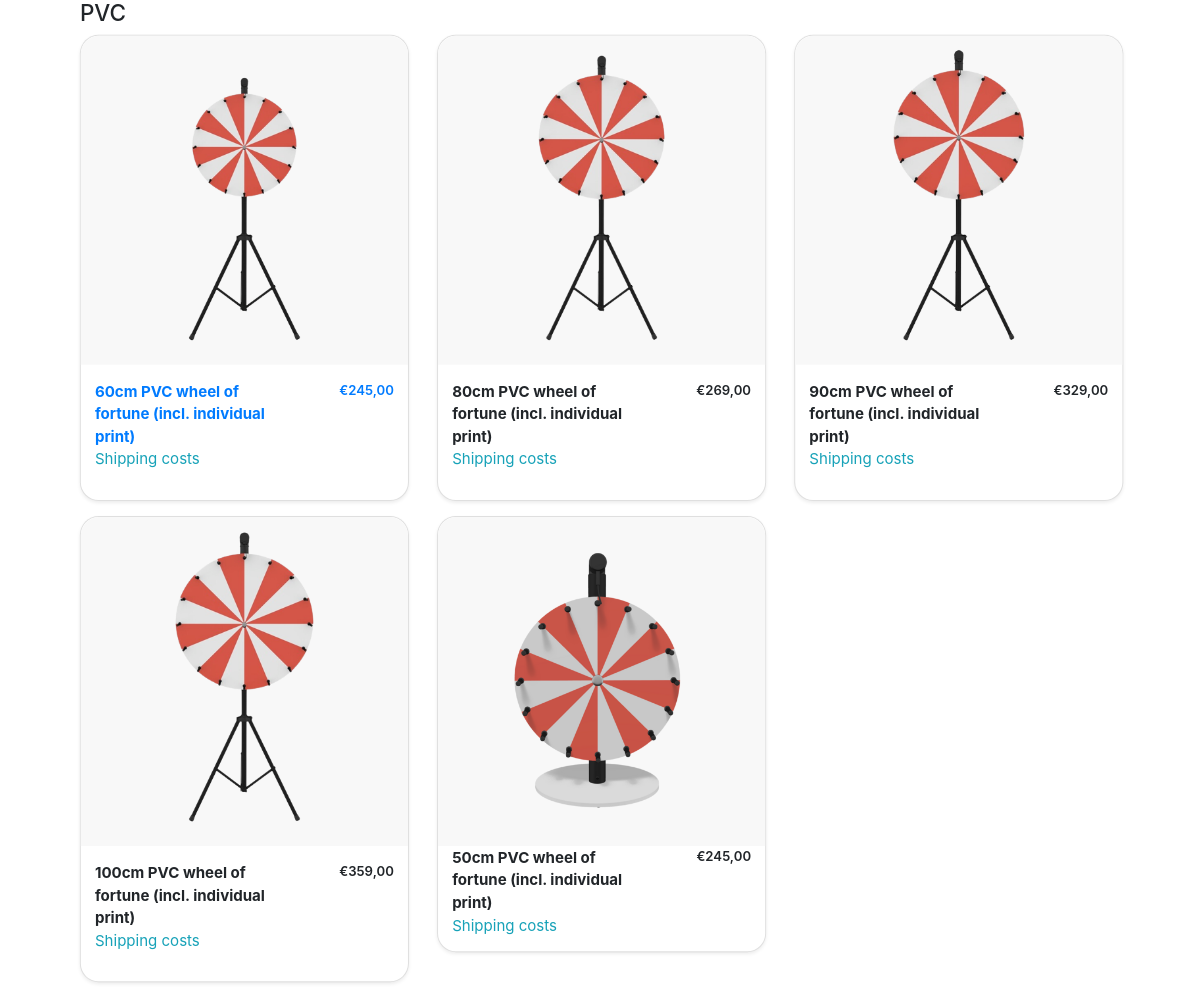
Repository: Awaisp-irfan/fahad-project
Page: pvc.html
The author's editor kept a copy of each file at every save. The page is drawn from the files as they stood at one save, then again after the next save.
The browser window is 1280 px wide. The pictures show the whole page, at 94% of full size.

Above is the page before, as saved 2022-07-01 02:30:07.

### pvc.html
<!DOCTYPE html>
<html lang="en">
  <head>
    <meta charset="UTF-8" />
    <meta http-equiv="X-UA-Compatible" content="IE=edge" />
    <meta name="viewport" content="width=device-width, initial-scale=1.0" />
    <link
      rel="stylesheet"
      href="https://cdn.jsdelivr.net/npm/bootstrap@4.6.1/dist/css/bootstrap.min.css"
      integrity="sha384-zCbKRCUGaJDkqS1kPbPd7TveP5iyJE0EjAuZQTgFLD2ylzuqKfdKlfG/eSrtxUkn"
      crossorigin="anonymous"
    />

    <link rel="stylesheet" href="./style.css" />
    <title>Document</title>
  </head>
  <body>
    <div class="container">
      <div class="row">
        <div class="col-lg-12">
          <h4 class="heading">PVC</h4>
        </div>
      </div>

      <div class="row">
        <a href="./text.html" class="col-lg-4 col-md-6 col-12 mb-3  ">
          <div class="card shadow-sm">
            <div class="img-div">
              <div class="cm60-img"></div>
            </div>
            <div class="cm60-content d-flex justify-content-between my-3">
              <div class="col-8">
                <p class="title">60cm PVC wheel of fortune (incl. individual print)</p>
                <p class="text-info">Shipping costs</p>
              </div>
              <div class="col-4 ">
                <p class="price">
                    €245,00
              </p></div>
            </div>
          </div>
        </a>
        <div class="col-lg-4 col-md-6 col-12 mb-3">
            <div class="card shadow-sm">
              <div class="img-div">
                <div class="cm80-img"></div>
              </div>
              <div class="cm60-content d-flex justify-content-between my-3">
                <div class="col-8">
                  <p class="title">80cm PVC wheel of fortune (incl. individual print)</p>
                  <p class="text-info">Shipping costs</p>
                </div>
                <div class="col-4 ">
                  <p class="price">
                      €269,00
                </p></div>
              </div>
            </div>
          </div>
          <div class="col-lg-4 col-md-6 col-12 mb-3">
            <div class="card shadow-sm">
              <div class="img-div">
                <div class="cm90-img"></div>
              </div>
              <div class="cm60-content d-flex justify-content-between my-3">
                <div class="col-8">
                  <p class="title">90cm PVC wheel of fortune (incl. individual print)</p>
                  <p class="text-info">Shipping costs</p>
                </div>
                <div class="col-4 ">
                  <p class="price">
                      €329,00
                </p></div>
              </div>
            </div>
          </div>
          <div class="col-lg-4 col-md-6 col-12 mb-3">
            <div class="card shadow-sm">
              <div class="img-div">
                <div class="cm100-img"></div>
              </div>
              <div class="cm60-content d-flex justify-content-between my-3">
                <div class="col-8">
                  <p class="title">100cm PVC wheel of fortune (incl. individual print)</p>
                  <p class="text-info">Shipping costs</p>
                </div>
                <div class="col-4 ">
                  <p class="price">
                      €359,00
                </p></div>
              </div>
            </div>
          </div>
          <div class="col-lg-4 col-md-6 col-12 mb-3">
            <div class="card shadow-sm">
              <div class="img-div">
                <div class="cm50-img"></div>
              </div>
              <div class="cm60-content d-flex justify-content-between my    -3">
                <div class="col-8">
                  <p class="title">50cm PVC wheel of fortune (incl. individual print)</p>
                  <p class="text-info">Shipping costs</p>
                </div>
                <div class="col-4 ">
                  <p class="price">
                      €245,00
                </p></div>
              </div>
            </div>
          </div>
      </div>
    </div>
  </body>
</html>

### style.css
/* range slieder styling starts  */


/* range slider styling ends */

.pvc{
    background-image: url(./assests/2289977149.jpg);
    background-size: cover;
    background-position: center;
    background-repeat: no-repeat;
    height: 100%;
    border-radius: 20px;
}

.col-lg-4>a > .img-div{
    height: 400px;
    border-radius: 20px;
}
.card{
    border-radius: 20px;
}
.card>.img-div{
    height: 350px;
    border-top-left-radius: 20px;
    border-top-right-radius: 20px;
    background-color: rgb(248, 248, 248);
}
.wooden{
    background-image: url(./assests/wooden.jpg);
    background-size: cover;
    background-position: center;
    background-repeat: no-repeat;
    height: 100%;
    border-radius: 20px;
}

.display{
    background-image: url(./assests/display.jpg);
    background-size: cover;
    background-position: center;
    background-repeat: no-repeat;
    height: 100%;
    border-radius: 20px;
}
.cm60-img{
    background: url(./assests/60cm_PVC-removebg-preview.png);

    background-size: cover;
    background-position: center;
    background-repeat: no-repeat;
    height: 100%;
    border-radius: 20px;
    width: 100%;
}

.cm80-img{
    background: url(./assests/80cm_PVC-removebg-preview.png);

    background-size: cover;
    background-position: center;
    background-repeat: no-repeat;
    height: 100%;
    border-radius: 20px;
}

.cm90-img{
    background: url(./assests/90cm_PVC-removebg-preview.png);

    background-size: cover;
    background-position: center;
    background-repeat: no-repeat;
    height: 100%;
    border-radius: 20px;
}
.cm100-img{
    background: url(./assests/100cm_PVC-removebg-preview.png);

    background-size: cover;
    background-position: center;
    background-repeat: no-repeat;
    height: 100%;
    border-radius: 20px;
}

.cm50-img{
    background: url(./assests//50cm\ PVC.png);

    background-size: cover;
    background-position: center;
    background-repeat: no-repeat;
    height: 100%;
    border-radius: 20px;
}

.display-wheel{
    background-image: url(./assests/display-removebg-preview.png);
    background-size: cover;
    background-position: center;
    background-repeat: no-repeat;
    height: 100%;
    border-radius: 20px;
}

.title{
    font-weight: bold;
    font-size: 16px;
    margin: 0;
    padding: 0;
}

.price{
    font-size: 14px;
    font-weight: 600;
    text-align: right;
    margin: 0;
    padding: 0;
}

/* test.html */
.main-img{
    background: url(./assests/100cm\ PVC.jpg);
    width: 100%;
    height: 100%;
}

.img-wrapper{
    height: 500px;

}

.card.fixedWheel:hover {
    cursor: pointer;
    border: 1px solid #000000;
    box-shadow: 5px 10px 10px #ccc;
}

.active {
    background-color: #000000;
    color: white;
    border:1px solid #fff
}

/* checkboxes */


.checked{
  background-color: #000000;
}
.tile{

  border: 1px solid #000000;
    margin :10px 7px;
    padding: 5px 10px;
    border-radius: 10px;

}

.img{
    background-image: url(./assests/construction-updated.svg);
    height: 70px;
    width: 150px;
}
input[type="checkbox"]{




    /* border-radius: 10px; */

    /* border: 3px solid transparent;
    outline: none;
    box-shadow: 15px 15px 25px rgba(2,28,53,0.05); */
}

input[type="checkbox"]:hover{
    transform: scale(1.08);
}
/* input[type="checkbox"]:checked label {
    background-color: #000;
} */

label{
    /* display: flex;
    flex-direction: column;
    align-items: center;
    justify-content: center;

    height: 80%;
    width: 100%;
    position: absolute;
     bottom: 0; */

    cursor: pointer;
}
label .fas{
    font-size: 60px;
    color: #2c2c51;
}
/* input[type="checkbox"]:checked + label .fas{
    animation: grow 0.5s;
} */
/* @keyframes grow{
    50%{
        font-size: 80px;
    }
} */
label h6{
    font-family: "Poppins",sans-serif;
    font-size: 15px;
    font-weight: 400;
    color: #7b7b93;
}


/* media queries */
@media (max-width : 768px) {
    .card>.img-div{
        height: 450px;

    }
}

After the next save:
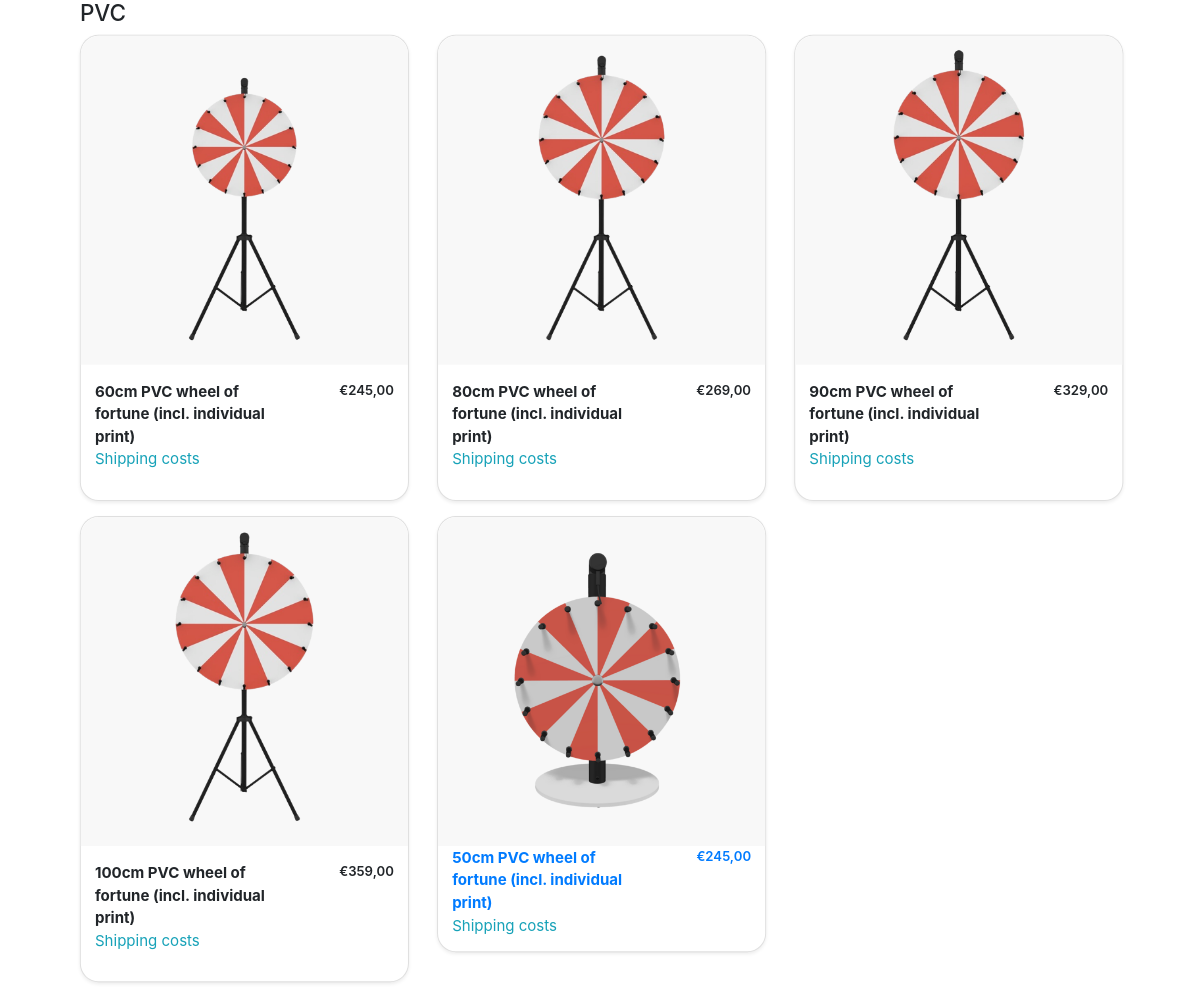
Saved 2 min 13 s later.
--- a/pvc.html
+++ b/pvc.html
@@ -23,7 +23,7 @@
       </div>
 
       <div class="row">
-        <a href="./text.html" class="col-lg-4 col-md-6 col-12 mb-3  ">
+        <div class="col-lg-4 col-md-6 col-12 mb-3  ">
           <div class="card shadow-sm">
             <div class="img-div">
               <div class="cm60-img"></div>
@@ -39,7 +39,7 @@
               </p></div>
             </div>
           </div>
-        </a>
+        </div>
         <div class="col-lg-4 col-md-6 col-12 mb-3">
             <div class="card shadow-sm">
               <div class="img-div">
@@ -91,7 +91,7 @@
               </div>
             </div>
           </div>
-          <div class="col-lg-4 col-md-6 col-12 mb-3">
+          <a  href="./text.html" class="col-lg-4 col-md-6 col-12 mb-3">
             <div class="card shadow-sm">
               <div class="img-div">
                 <div class="cm50-img"></div>
@@ -107,7 +107,7 @@
                 </p></div>
               </div>
             </div>
-          </div>
+          </a>
       </div>
     </div>
   </body>
